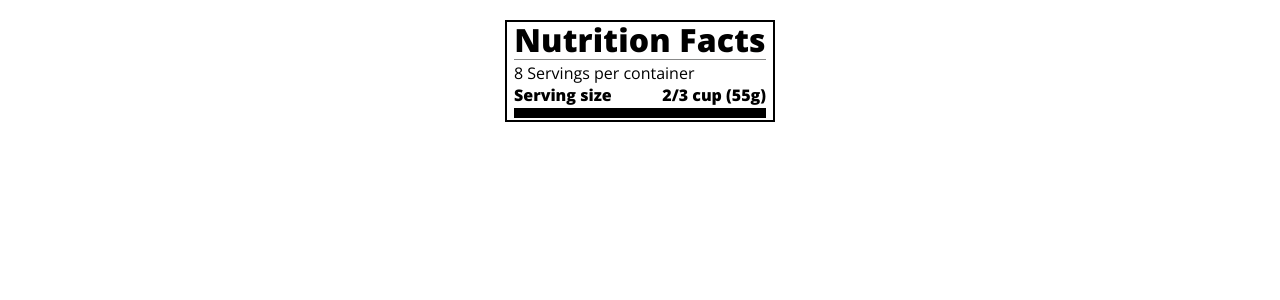
Repository: Lungdjos/typography
Page: index.html
These files come from the project's save history. The page is drawn as it stood at one moment and after a run of saves; the edit follows.
The browser window is 1280 px wide. The pictures show the whole page.

Above is the page before, as saved 2023-10-28 01:22:51.

### index.html
<!DOCTYPE html>
<html lang="en">

<head>
    <meta charset="UTF-8">
    <meta name="viewport" content="width=device-width, initial-scale=1.0">
    <title>Nutrition Label</title>
    <link rel="stylesheet" href="styles.css">
    <link rel="stylesheet" href="https://fonts.googleapis.com/css?family=Open+Sans:400,700,800">
</head>

<body>
    <div class="label">
        <header>
            <h1 class="bold">Nutrition Facts</h1>
            <div class="divider"></div>
            <p>8 Servings per container</p>
            <p class="bold">Serving size <span>2/3 cup (55g)</span></p>
        </header>
        <div class="divider large"></div>
        <div class="calories-info">
            <div class="left-container">

            </div>
        </div>
    </div>

</body>

</html>

### styles.css
body {
    font-family: "Open Sans", sans-serif;
}

html {
    font-size: 16px;
}

.label {
    border: 2px solid black;
    width: 270px;
    margin: 20px auto;
    padding: 0 7px;
}

* {
    box-sizing: border-box;
}

header h1 {
    text-align: center;
    margin: -4px 0;
    letter-spacing: .15PX;
}

p {
    margin: 0;
    display: flex;
    justify-content: space-between;
}

.divider {
    border-bottom: 1px solid #888989;
    margin: 2px 0;
}

.bold {
    font-weight: 800;
}

.large {
    height: 10px;
}

.large,
.medium {
    background-color: black;
    border: 0;
}

After the next 4 saves:
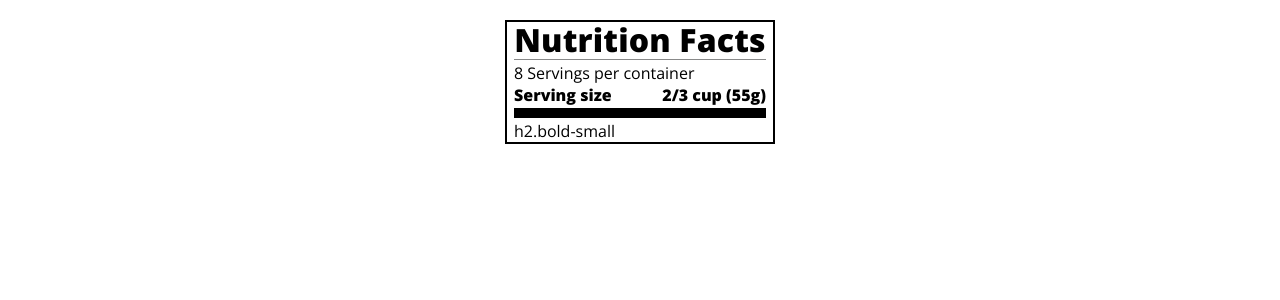
The 4 saves are shown as one change because they came seconds apart.
The last was saved 13 s later.
--- a/index.html
+++ b/index.html
@@ -20,7 +20,7 @@
         <div class="divider large"></div>
         <div class="calories-info">
             <div class="left-container">
-
+                h2.bold-small
             </div>
         </div>
     </div>
